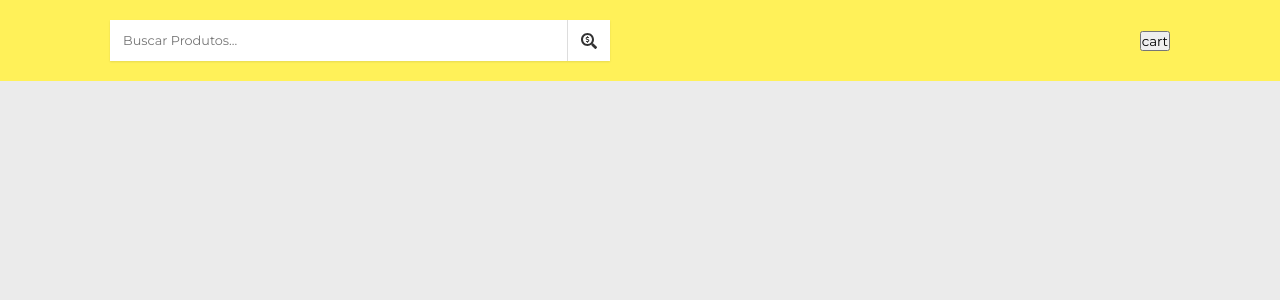
Repository: Gab23Oli/Projeto-de-Conclus-o---Shopping-Cart
Page: /
These files come from the project's save history. The page is drawn as it stood at one moment and after the next save; the edit follows.
The browser window is 1280 px wide. The pictures show the whole page.
The project was rebuilt for these pictures with package versions that can differ from the ones it lists, and the page was loaded fresh each time.

Above is the page before, as saved 2024-01-25 13:50:51.

### public/index.html
<!DOCTYPE html>
<html lang="en">
  <head>
    <meta charset="utf-8" />
    <meta name="viewport" content="width=device-width, initial-scale=1" />
    <title>Shopping Cart</title>
  </head>
  <body>
    <noscript>You need to enable JavaScript to run this app.</noscript>
    <div id="root"></div>
  </body>
</html>

### src/index.css
@import url('https://fonts.googleapis.com/css2?family=Montserrat:ital,wght@0,100;0,200;0,300;0,400;0,500;0,600;0,700;0,800;0,900;1,100;1,200;1,300;1,400;1,500;1,600;1,700;1,800;1,900&display=swap');

* {
  margin: 0;
  padding: 0;
  box-sizing: border-box;
  font-family: "Montserrat", sans-serif;
}

body {
  background-color: #ebebeb ;
}

.container {
  max-width: 1100px;
  margin: 0 auto;
}

### src/App.js
import React from "react";
import Header from "./components/Header/Header";

function App() {
  return (
    <div>
      <Header />
    </div>
  );
}

export default App;

### src/components/Header/Header.jsx
import React from "react";
import SearchBar from "../SearchBar/SearchBar";

import "./Header.css";

function Header () {
  return (
    <header className="header">
      <div className="container">
        <SearchBar />
        <button>cart</button>
      </div>
    </header>
  );
}

export default Header;

### src/components/SearchBar/SearchBar.jsx
import React, { useState } from "react";
import { FaSearchDollar } from "react-icons/fa";

import "./SearchBar.css";

function SearchBar() {

  const [searchValue, setSearchValue] = useState("");

  return (
    <form className="search-bar">
      <input
        type="search"
        value={searchValue}
        placeholder="Buscar Produtos..."
        className="search__input"
        required
        onChange={({ target }) => setSearchValue(target.value) }
      />
      <button type="submit" className="search__button">
        <FaSearchDollar />
      </button>
    </form>
  );
}

export default SearchBar;

### src/components/Header/Header.css
.header {
  background-color: #fff159;
  position: fixed;
  width: 100%;
}

.header > div {
  display: flex;
  justify-content: space-between;
  align-items: center;
  padding: 20px;
}

### src/components/SearchBar/SearchBar.css
.search-bar {
  display: flex;
  background-color: white;
  width: 100%;
  max-width: 500px;
  justify-content: space-between;
  box-shadow: 0 1px 2px 0 rgba(0, 0, 0, 0.1);
  gap: 13px;
  padding-right: 13px;
}

.search__input {
  padding: 13px;
  flex-grow: 1;
  border:none;
  outline: none;
  font-size: 0.8rem;
  font-weight: 500px;
  border-right: 1px solid #ddd;
}

.search__button {
  background: none;
  border: none;
  font-size: 1rem;
  display: flex;
  align-items: center;
  justify-content: center;
  color:#333
}

### src/components/CartButton/CartButton.jsx
import React from "react";

import { FaOpencart } from "react-icons/fa";

function CartButton() {
  return (
    <button type="buttom" className="cart__buttom">
      <FaOpencart />
    </button>
  );
}

export default CartButton;

Loaded but not shown: src/index.js (common file)

After the next save:
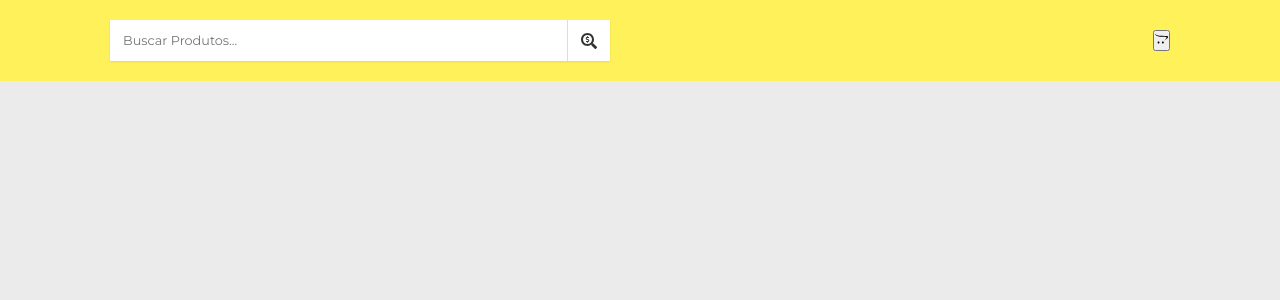
Saved 49 s later.
--- a/src/components/Header/Header.jsx
+++ b/src/components/Header/Header.jsx
@@ -2,13 +2,14 @@ import React from "react";
 import SearchBar from "../SearchBar/SearchBar";
 
 import "./Header.css";
+import CartButton from "../CartButton/CartButton";
 
 function Header () {
   return (
     <header className="header">
       <div className="container">
         <SearchBar />
-        <button>cart</button>
+        <CartButton />
       </div>
     </header>
   );
